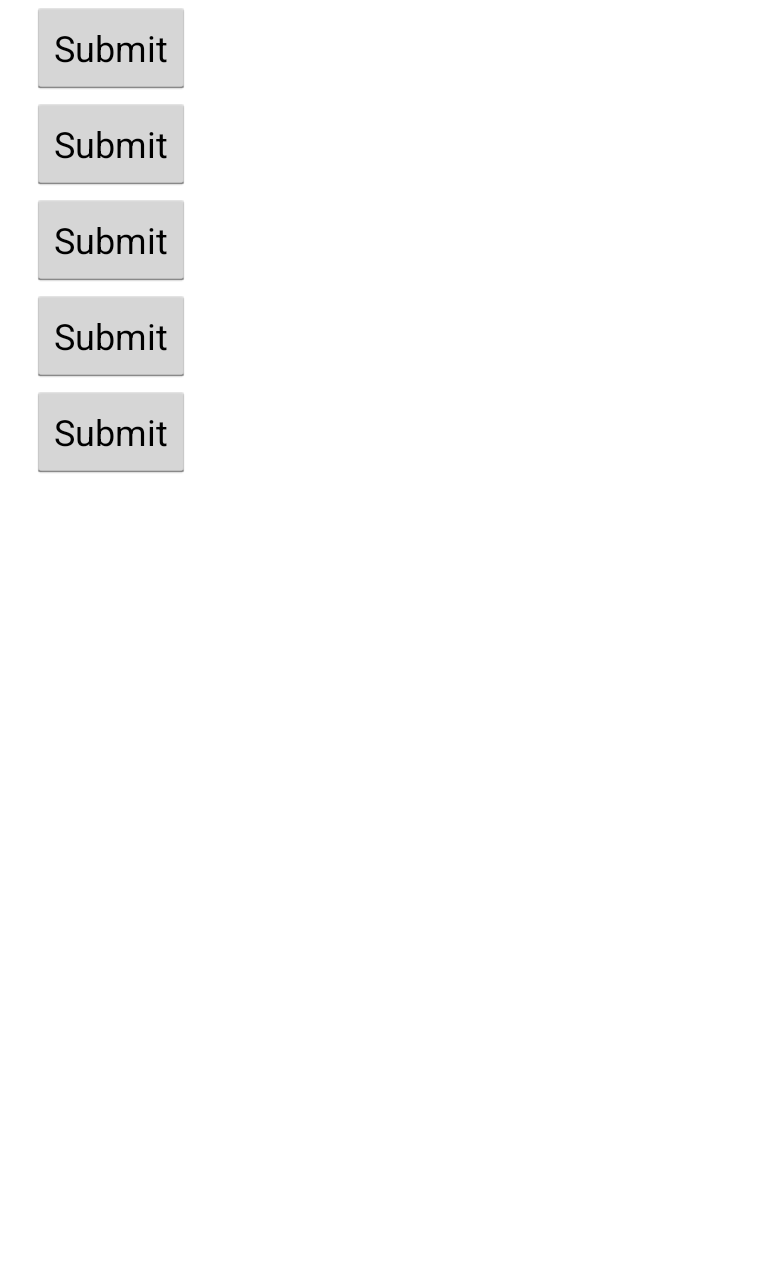
Repository: sbobra/women-startupweekend-sf
Layout: LaundryList/res/layout/activity_explore.xml
The author's editor kept a copy of each file at every save. The layout is drawn from the files as they stood at one save, then again after the next save.
It is drawn on a 768 x 1280 px phone screen (xhdpi) without system bars, with theme AppTheme; the app's code is not run. Lists and similar views that code fills are empty.

Above is the layout before, as saved 2013-09-15 03:12:49.

### LaundryList/res/layout/activity_explore.xml
<!--
  Copyright 2012 The Android Open Source Project

  Licensed under the Apache License, Version 2.0 (the "License");
  you may not use this file except in compliance with the License.
  You may obtain a copy of the License at

      http://www.apache.org/licenses/LICENSE-2.0

  Unless required by applicable law or agreed to in writing, software
  distributed under the License is distributed on an "AS IS" BASIS,
  WITHOUT WARRANTIES OR CONDITIONS OF ANY KIND, either express or implied.
  See the License for the specific language governing permissions and
  limitations under the License.
-->
<LinearLayout xmlns:android="http://schemas.android.com/apk/res/android"
    xmlns:tools="http://schemas.android.com/tools"
    android:layout_width="match_parent"
    android:layout_height="match_parent"
    android:orientation="vertical" >
<LinearLayout
    android:layout_width="match_parent"
    android:layout_height="match_parent"
    android:orientation="vertical" >
    <Button
        android:id="@+id/loginButton"
        android:layout_width="wrap_content"
        android:layout_height="wrap_content"
        android:layout_marginLeft="15dp"
        android:text="Submit" />
    <Button
        android:id="@+id/loginButton"
        android:layout_width="wrap_content"
        android:layout_height="wrap_content"
        android:layout_marginLeft="15dp"
        android:text="Submit" />
    <Button
        android:id="@+id/loginButton"
        android:layout_width="wrap_content"
        android:layout_height="wrap_content"
        android:layout_marginLeft="15dp"
        android:text="Submit" />
    <Button
        android:id="@+id/loginButton"
        android:layout_width="wrap_content"
        android:layout_height="wrap_content"
        android:layout_marginLeft="15dp"
        android:text="Submit" />
    <Button
        android:id="@+id/loginButton"
        android:layout_width="wrap_content"
        android:layout_height="wrap_content"
        android:layout_marginLeft="15dp"
        android:text="Submit" />
    </LinearLayout>

    <android.support.v4.view.ViewPager
        android:id="@+id/pager"
        android:layout_width="match_parent"
        android:layout_height="match_parent" />

</LinearLayout>

Loaded but not shown: LaundryList/res/values/styles.xml (common file); LaundryList/res/values-v11/styles.xml (common file); LaundryList/res/values-v14/styles.xml (common file)

After the next save:
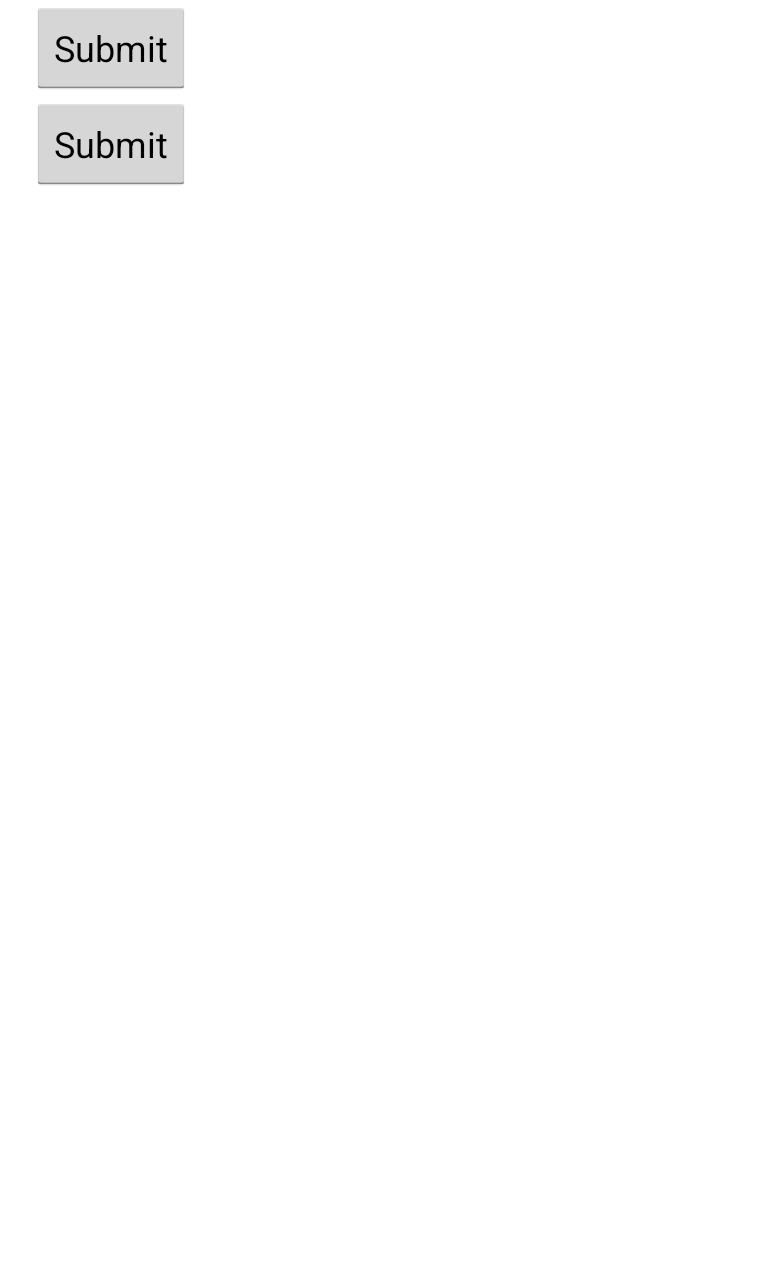
Saved 20 s later.
--- a/LaundryList/res/layout/activity_explore.xml
+++ b/LaundryList/res/layout/activity_explore.xml
@@ -28,24 +28,7 @@
         android:layout_height="wrap_content"
         android:layout_marginLeft="15dp"
         android:text="Submit" />
-    <Button
-        android:id="@+id/loginButton"
-        android:layout_width="wrap_content"
-        android:layout_height="wrap_content"
-        android:layout_marginLeft="15dp"
-        android:text="Submit" />
-    <Button
-        android:id="@+id/loginButton"
-        android:layout_width="wrap_content"
-        android:layout_height="wrap_content"
-        android:layout_marginLeft="15dp"
-        android:text="Submit" />
-    <Button
-        android:id="@+id/loginButton"
-        android:layout_width="wrap_content"
-        android:layout_height="wrap_content"
-        android:layout_marginLeft="15dp"
-        android:text="Submit" />
+
     <Button
         android:id="@+id/loginButton"
         android:layout_width="wrap_content"
